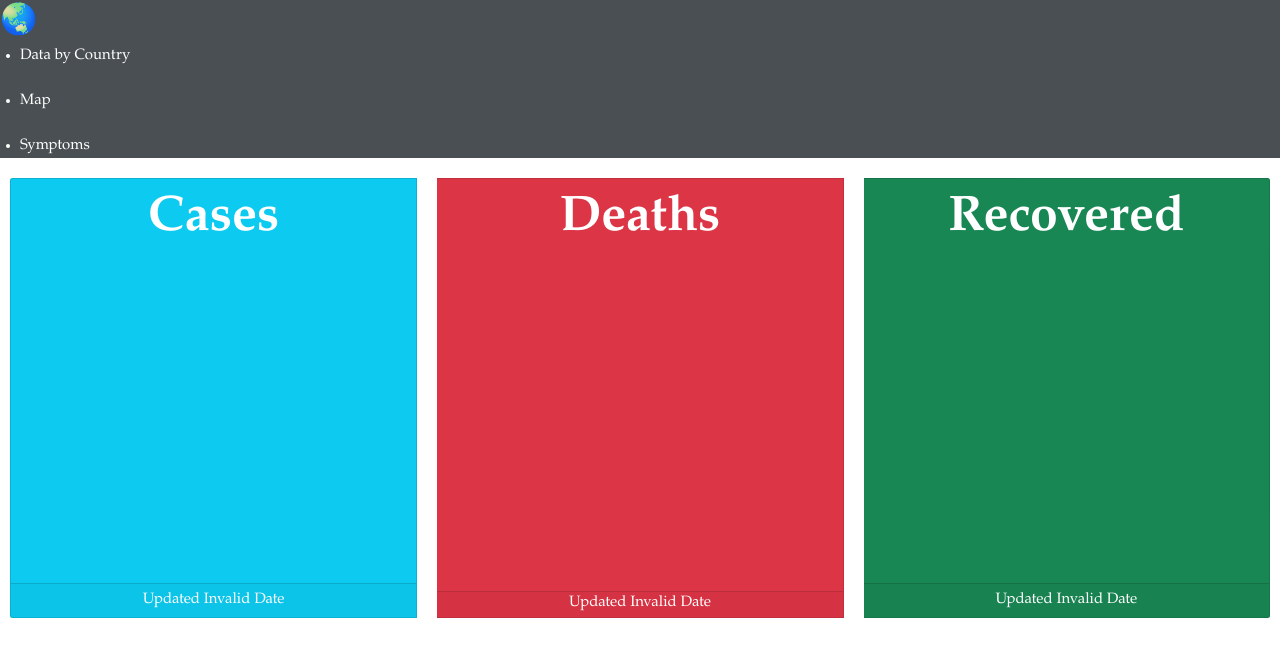
Repository: ranadubauskas/COVID-19Tracker
Page: /
These files come from the project's save history. The page is drawn as it stood at one moment and after the next save; the edit follows.
The browser window is 1280 px wide. The pictures show the whole page.
The page's requests for data from a server got no answer. The project was rebuilt for these pictures with package versions that can differ from the ones it lists, and the page was loaded fresh each time. No one was signed in, and anything a server would have sent is missing. Also part of the build but not shown: src/Pages/About.css, src/Pages/About.js, src/Pages/Countries.css, src/Pages/Countries.js, src/Pages/Map.js.

Above is the page before, as saved 2022-03-31 21:32:41.

After the next save:
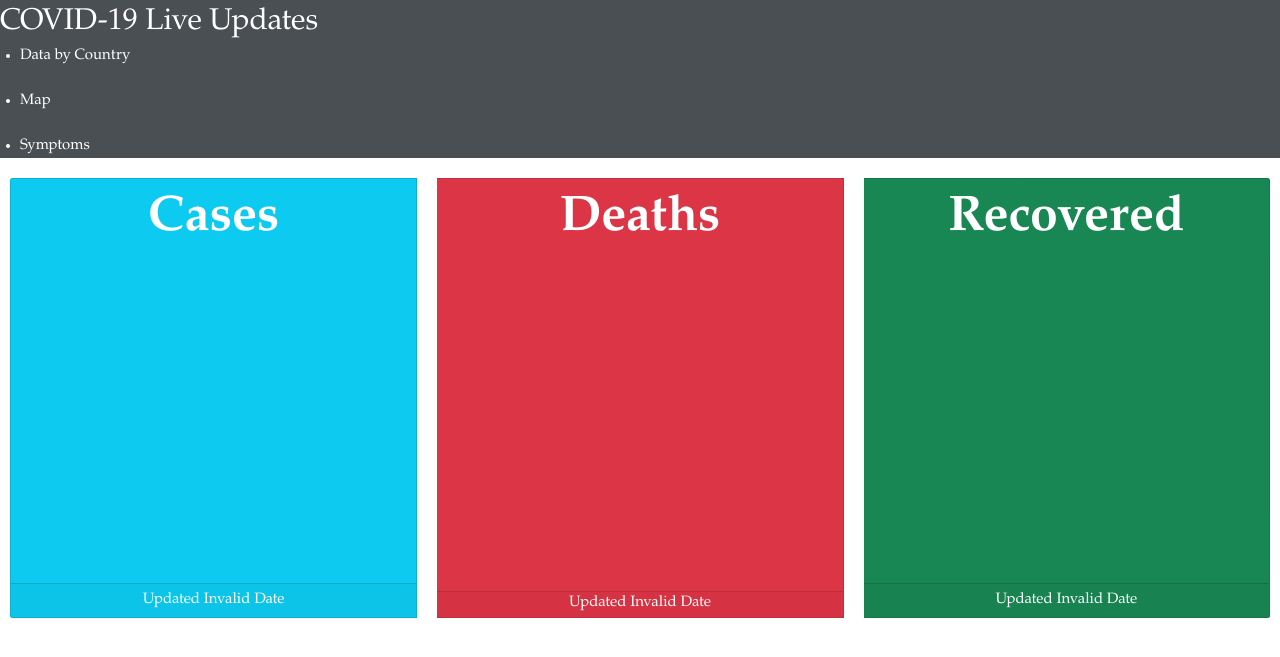
Saved 51 s later.
--- a/src/Nav.js
+++ b/src/Nav.js
@@ -6,7 +6,7 @@ function Nav() {
   return (
     <nav>
       <Link style={{ color: "white", textDecoration: "none" }} to="/">
-        <div style={{ fontSize: "30px" }}>🌏</div>
+        <div style={{ fontSize: "30px" }}>COVID-19 Live Updates</div>
       </Link>
       <ul className="nav-links">
         <Link
